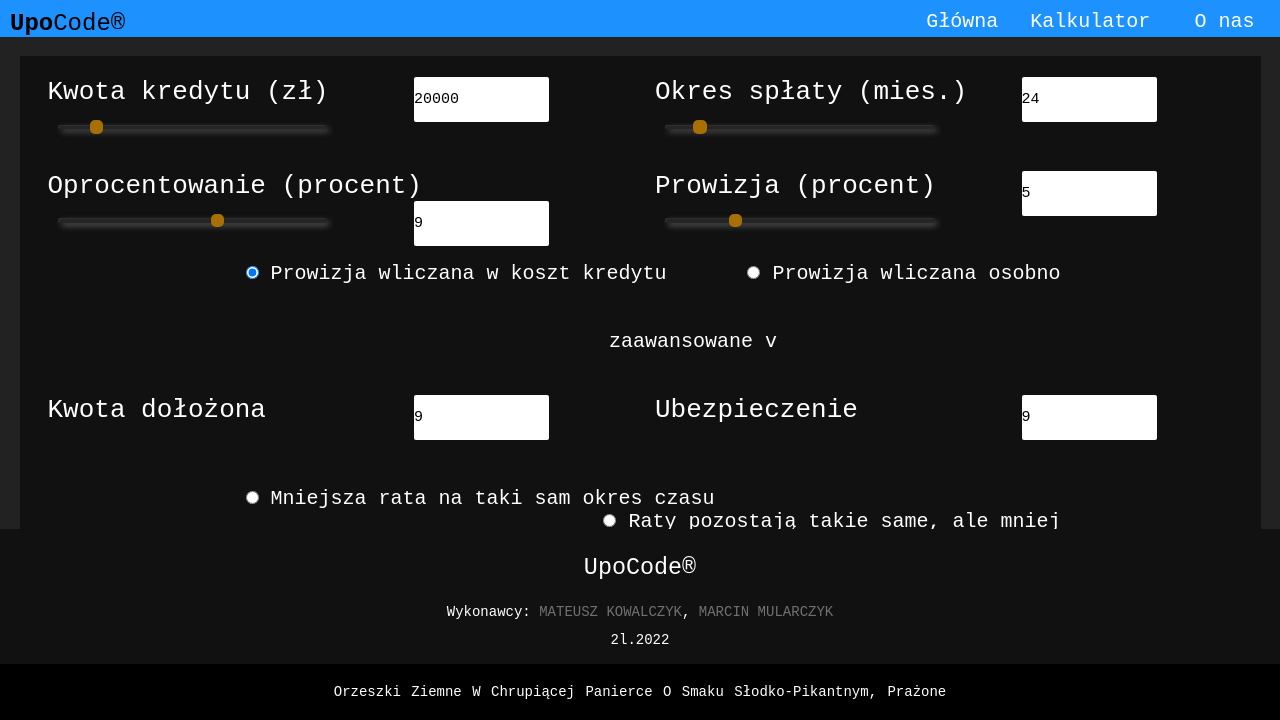
Repository: Klemingway/egzamin
Page: kalkulator.html
The author's editor kept a copy of each file at every save. The page is drawn from the files as they stood at one save, then again after the next save.
The browser window is 1280 px wide. The pictures show the whole page.

Above is the page before, as saved 2023-01-25 12:25:29.

### kalkulator.html
<!DOCTYPE html>
<html lang="pl">

<head>
    <meta charset="UTF-8">
    <meta http-equiv="X-UA-Compatible" content="IE=edge">
    <meta name="viewport" content="width=device-width, initial-scale=1.0">
    <link rel="stylesheet" href="style/styl.css">
    <link rel="shortcut icon" href="img/ikonna.png" type="image/x-icon">
    <script src="js/script.js"></script>
    <title>Bankowy</title>
</head>
<header>

    <div id="hod">
        <a style="text-decoration: none;color: white;" href="index.html">Główna</a>
        <a style="text-decoration: none;color: white;" href="kalkulator.html">Kalkulator</a> &puncsp;
        <div id="hod1"><a style="text-decoration: none; color: white;" href="bl.html">O nas</a></div>
    </div>
    <div id="hzd">
        <b>Upo</b>Code®
    </div>
</header>

<div id="gl">

    <div id="d1" class="d">
        Kwota kredytu (zł)
        <input type="text" name="kwota" pattern="[0-9]" id="kwota" class="wej" value="20000" onchange="document.getElementById('r1').value = this.value/1000"><br>
        <input type="range" min="1" max="150" value="20" id="r1" class="slider" oninput="document.getElementById('kwota').value = this.value*1000; ">
    </div>

    <div id="d2" class="d">
        Okres spłaty (mies.)
        <input type="text" name="splata" pattern="[0-9]" id="splata" class="wej" value="24" onchange="document.getElementById('r2').value = this.value"><br>
        <input type="range" min="12" max="120" value="24" id="r2" class="slider" oninput="document.getElementById('splata').value = this.value;">
    </div>


    <div id="d3" class="d">
        Oprocentowanie (procent)
        <input type="text" name="splata" pattern="[0-9]" id="oproc" class="wej" value="9" onchange="document.getElementById('r3').value = this.value*100"><br>
        <input type="range" min="1" max="1500" value="900" id="r3" class="slider" oninput="document.getElementById('oproc').value = this.value/100;">
    </div>

    <div id="d4" class="d">
        Prowizja (procent)
        <input type="text" name="prowiz" pattern="[0-9]" id="prowiz" class="wej" value="5" onchange="document.getElementById('r4').value = this.value"><br>
        <input type="range" min="0" max="20" value="5" id="r4" class="slider" oninput="document.getElementById('prowiz').value = this.value;">
    </div>

    <div id="d5" class="dradio">
        <label class="l1">
        <input type="radio" checked name="choice" value="wariant1" class="radio"> Prowizja wliczana w koszt kredytu
        </label>
        <label class="l2">
            <input type="radio" name="choice" value="wariant2" class="radio">
            Prowizja wliczana osobno
        </label>
    </div>
    <br>
    <div id="d6">
        <a onclick="zaawansowane()" style="margin-bottom: 100px;">zaawansowane v</a>
    </div>
    <div id="d8" class="d">
        Kwota dołożona
        <input type="text" name="kwotadodana" pattern="[0-9]" id="kwotadodana" class="wej" value="9">
    </div>
    <div id="d9" class="d">
        Ubezpieczenie
        <input type="text" name="ubezpieczenie" pattern="[0-9]" id="ubezpieczenie" class="wej" value="9">
    </div>
    <div id="d10" class="dradio">
        <label class="l1">
            <input type="radio" name="choice2" class="radio" value="rat_tyle_samo">
            Mniejsza rata na taki sam okres czasu
        </label>
        <label class="l2">
            <input type="radio" name="choice2" class="radio" value="rat_mniej">
            Raty pozostają takie same, ale mniej
        </label>
    </div>
    <div id="d7">
        <input type="button" id="guzik" value="Oblicz ratę i koszt" onclick="test()">
    </div>

</div>
<!-- <div id="wyniki">

</div> -->



<footer>
    <div id="zawfoot">
        <h3>UpoCode®</h3>
        <p>Wykonawcy: <span>Mateusz Kowalczyk</span>, <span>Marcin Mularczyk</span><br>2l.2022</p>

    </div>
    <div class="dol">
        <p>Orzeszki ziemne w chrupiącej panierce o smaku słodko-pikantnym, prażone

        </p>
    </div>
</footer>

</body>

</html>

### style/styl.css
html,
body {
    padding: 0;
    margin: 0;
    font-family: monospace;
    background-color: #222222;
    overflow-x: hidden;
    min-height: 100%;
}

body::-webkit-scrollbar {
    width: 0.6em;
}

body::-webkit-scrollbar-track {
    -webkit-box-shadow: inset 0 0 6px rgba(0, 0, 0, 0.3);
}

body::-webkit-scrollbar-thumb {
    background-color: rgb(255, 136, 0);
}

body::-webkit-scrollbar-thumb:hover {
    background: rgba(255, 136, 0, 0.582);
}


/* header */

header {
    z-index: 5;
    text-decoration: none;
    padding-top: 0.5em;
    position: sticky;
    top: 0;
    height: 5vh;
    background-color: #1d92ff;
    width: 100vw;
    font-size: 20px;
}

#hzd {
    font-size: 1.2em;
    padding-left: 10px;
    background-color: #1d92ff;
}

#hod {
    float: right;
    word-spacing: 20px;
    margin-right: 2vw;
}

#hod1 {
    float: right;
    word-spacing: 0px;
}

#fw {
    position: relative;
    margin-top: 20px;
}


/* koniec headera */

#gl {
    padding-top: 1.5em;
    padding-left: 2em;
    padding-bottom: 2em;
    justify-content: center;
    background-color: #111111;
    color: white;
    margin: 1.5em;
    min-height: 20vh;
}


/* #d1 {
    background-color: aqua;
}

#d2 {
    background-color: brown;
}

#d3 {
    background-color: olive;
}

#d4 {
    background-color: orangered;
} */

#gll {
    background-color: #ff5000;
    width: 100%;
    height: auto;
    border: #ff5000 1px solid;
}

.dradio {
    font-size: 20px;
    padding-top: 5px;
    padding-left: 10em;
    padding-right: 10em;
    width: 100%;
    margin-bottom: 1em;
    /* background-color: gold; */
}

.l1 {
    float: left;
}

.l2 {
    float: right;
}

#d6 {
    float: left;
    margin: 2em;
    font-size: 20px;
    padding-top: 5px;
    width: 100%;
    height: auto;
    text-align: center;
}

#d7 {
    margin: 5px;
    display: flex;
    width: 100%;
    justify-content: center;
}

.d {
    word-wrap: break-word;
    font-size: 2em;
    padding: 2px;
    width: 50%;
    float: left;
    min-height: 13vh;
    padding-right: 4em;
}

#wyniki {
    min-height: 25em;
    margin-bottom: 3em;
}


/* wejscia wyjscia */

.wej {
    float: right;
    border-radius: 2px;
    outline: none;
    border: none;
    font-family: monospace;
    height: 3em;
    width: 9em;
    font-size: 15px;
}

.slider {
    margin: 10px;
    -webkit-appearance: none;
    outline: none;
    border-radius: 3px;
    height: 0.6vh;
    width: 21vw;
    background-color: rgb(37, 37, 37);
    box-shadow: 3px 3px 6px rgb(89, 88, 92), inset 1px 1px 1px #313131;
}

.slider::-webkit-slider-thumb {
    -webkit-appearance: none;
    width: 1em;
    height: 1em;
    cursor: pointer;
    background-color: rgb(168, 111, 5);
    overflow: visible;
    border-radius: 5px;
}

#guzik {
    display: inline-block;
    outline: none;
    cursor: pointer;
    font-weight: 600;
    border-radius: 3px;
    padding: 12px 24px;
    border: 0;
    color: #fff;
    background: #ff5000;
    line-height: 1.15;
    font-size: 16px;
}

#guzik:hover {
    transition: all .1s ease;
    box-shadow: 0 0 0 0 #fff, 0 0 0 3px #1d92ff;
}


/* footer */

footer {
    position: absolute;
    bottom: 0;
    width: 100%;
    left: 0;
    right: 0;
    background: #111;
    height: auto;
    width: 100vW;
    font-family: monospace;
    padding-top: 20px;
    color: white;
}

#zawfoot {
    display: flex;
    align-items: center;
    justify-content: center;
    flex-direction: column;
    text-align: center;
}

#zawfoot h3 {
    font-size: 1.8rem;
    font-weight: 400;
    text-transform: capitalize;
    line-height: 3rem;
}

#zawfoot p {
    max-width: 500px;
    margin: 10px auto;
    line-height: 28px;
    font-size: 14px;
}

* {
    margin: 0;
    padding: 0;
    box-sizing: border-box;
}

.dol {
    background: #000;
    width: 100vw;
    padding: 20px 0;
    text-align: center;
}

.dol p {
    font-size: 14px;
    word-spacing: 2px;
    text-transform: capitalize;
}

#zawfoot span {
    text-transform: uppercase;
    opacity: .4;
    font-weight: 200;
}


/* koniec footera */

@media (max-width: 650px) {
    .d {
        padding-right: 1em;
        width: 100%;
        padding-bottom: 0;
        margin-bottom: 1.5em;
    }
    .dradio {
        padding: 0;
    }
    .slider {
        width: 100%;
    }
    .wej {
        width: 100%;
    }
    #gl {
        padding: 1em;
    }
    footer {
        position: relative;
    }
    #d5 {
        text-align: center;
    }
    #gl {
        margin-top: 3em;
    }
}

### js/script.js




function zaokrongl(variable) {
    return Math.round(variable * 100) / 100;
}
document.addEventListener('mouseup', function(e) {
    if(e.target.id == "dwd"){
        zamknij();
    }
    else if(e.target.id == "dwd2"){
        zamknij1();
    }
});
function tableCreate2(splata, k, oprocentowanie, kwota, rata, prowizja, kwota_dodana) {
    console.log("kwota: " + kwota);
    //tu sie dzieje magia sztańska i wgl ale no uwu
    var a = document.getElementById("wyniki2");
    // czyszczenie diva
    a.innerHTML = '';
    //ustawiamy sobie stałą
    const wyniki = document.a,
    // do tej stałej tworzymy element div
    div = document.createElement('div');
    // ustawiamy id diva jako tabela
    div.setAttribute("id", "tabela");
    //tworzymy tabele
    tbl = document.createElement('table');
    // dopisujemy tabele do diva
    div.appendChild(tbl);
    tbl.style.width = '110px';
    tbl.style.border = '1px solid black';

    var odsetki = 0,   suma_odsetek = 0,    suma = 0;
    var kapital = 0,   suma = 0,            kwota_kredytu=0;

    var element1 = document.getElementById('advanced2');
    var choice2 = document.getElementsByName('choice2');
    if(element1!==null && choice2[1].checked==true){
        kwota_kredytu= kwota - kwota_dodana;
        console.log("kwota+kredytu: " + kwota_kredytu)
    }
    else{
        kwota_kredytu = kwota;
        console.log("kwota+kredytu: " + kwota_kredytu)
    }
    // prosta pętla myśle że nic nie trzeba tłumaczyć
    loop1:
    for (let i = 0; i <= splata; i++) {
        const tr = tbl.insertRow();
        loop2:
        for (let j = 0; j < 4; j++) {
            odsetki = (oprocentowanie / k) * kwota_kredytu;


            kapital = rata - odsetki;
            const td = tr.insertCell();
            if (i == 0 && j == 0) {
                td.appendChild(document.createTextNode("L.p."));
                td.style.fontSize = '20px';
            } else if (i == 0 && j == 1) {
                td.appendChild(document.createTextNode("Odsetki"));
                td.style.fontSize = '20px';
            } else if (i == 0 && j == 2) {
                td.appendChild(document.createTextNode("Kapitał"));
                td.style.fontSize = '20px';
            } else if (i == 0 && j == 3) {
                td.appendChild(document.createTextNode("Wysokość raty"));
                td.style.fontSize = '20px';
            }
            if (j == 0 && i != 0) {
                if(kapital>=rata){
                    break loop1;
                }
                td.appendChild(document.createTextNode(i));
            } else if (j == 1 && i != 0) {
                suma_odsetek += odsetki;
                td.appendChild(document.createTextNode(zaokrongl(odsetki)));
            } else if (j == 2 && i != 0) {
                kwota_kredytu -= kapital;
                td.appendChild(document.createTextNode(zaokrongl(kapital)));
            } else if (j == 3 && i != 0) {
                suma += rata;
                td.appendChild(document.createTextNode(rata));
            }
            td.style.border = '1px solid black';

        }
    }
    console.log("Suma: "+suma)
    console.log("Suma odsetek: "+suma_odsetek)
    a.appendChild(div);
}
function obliczanie(I,N,oprocentowanie,choice,n,zaplata,prowizja,suma,k,kwota_dodana){
    var choice2 = document.getElementsByName('choice2');

        // jeżeli wybrane żeby Prowizja wliczana w koszt kredytu to wtedy to się liczy
        if (choice[0].checked == true) {
            prowizja = (document.getElementById("prowiz").value) / 100;

            prowizja = prowizja * N;
            // doliczamy prowizję do kwoty kredytu
            N = N * 1 + prowizja;

            // jeżeli okres spłaty wynosi mniej niż 12 miesięcy to analogicznie w roku
            // zapłacimy równowartość tego okresu bo w roku mamy max 12 rat
            k = 12;
            if (n < 12) {
                k = n;
            }
            for (var i = 1; i <= n; i++) {
                // no to tutaj przepisany wzór z matematycznego na kodowanie
                suma += Math.pow((1 + (oprocentowanie / k)), -i);
            }
            // tutaj jest licznik podzielony przez mianownik
            I = N / suma;
            // mnożymy naszą ratę razy ilość rat aby otrzymać ile będziemy musieli oddać bankowi
            zaplata = I * n;
            console.log("N: " + N)

            tableCreate2(n, k, oprocentowanie, N, zaokrongl(I), prowizja,kwota_dodana)
            document.getElementById("wyniki").innerHTML = "Wysokość raty: " + zaokrongl(I) + "<br>" +
                "Całkowita kwota do spłaty: " + zaokrongl(zaplata);

        // jeżeli wybrane żeby Prowizja wliczana osobno to wtedy to się liczy
        } else if (choice[1].checked == true) {
            prowizja = (document.getElementById("prowiz").value) / 100;
            prowizja = prowizja * N;
            // jeżeli okres spłaty wynosi mniej niż 12 miesięcy to analogicznie w roku zapłacimy równowartość tego okresu bo w roku mamy max 12 rat
            k = 12;
            if (n < 12) {
                k = n;
            }
            for (var i = 1; i <= n; i++) {
                // no to tutaj przepisany wzór z matematycznego na kodowanie
                suma += Math.pow((1 + (oprocentowanie / k)), -i);
            }
            // tutaj jest licznik podzielony przez mianownik
            I = N / suma;
            // mnożymy naszą ratę razy ilość rat aby otrzymać ile będziemy musieli oddać bankowi
            zaplata = I * n;
            // doliczamy prowizję po wszystkich obliczeniach
            zaplata = zaplata + prowizja;
            console.log("N: " + N)
            tableCreate2(n, k, oprocentowanie, N, zaokrongl(I), prowizja,kwota_dodana)
            document.getElementById("wyniki").innerHTML = "Wysokość raty: " + zaokrongl(I) + "<br>" +
                "Całkowita kwota do spłaty: " + zaokrongl(zaplata);
        }
        else{
            console.log("wda")
        }
        document.getElementById("dwd").style.backdropFilter = "blur(7px)";
        document.getElementById("wyniki").innerHTML += "<br><input type=\"button\" id='guzior1' onclick=\"pokaz()\" value=\"pokaż harmonogram rat\">";

}
function test() {
    document.getElementById("wyniki").style.visibility = "visible"; // a to to nwm pan mularczyk robił
    var I, N, oprocentowanie, k, n, suma = 0, zaplata, prowizja = 0;

    N = document.getElementById("kwota").value; // kwota kredytu
    oprocentowanie = document.getElementById("oproc").value/100; // oprocentowanie kredytu
    n = document.getElementById("splata").value; // okres splaty

    var choice = document.getElementsByName('choice');

    //////////////////////////////////////
    //                                  //
    // sprawdzenie czy jest rozwinięte  //
    //                                  //
    //////////////////////////////////////

    var element1 = document.getElementById('advanced2');
    var element2 = document.getElementById('advanced2');
    if(element1 !== null  && element2 !== null){
        var kwota_dodana = document.getElementById("kwotaDodana").value;
        var choice2 = document.getElementsByName('choice2'); // zaawansowane
        if(choice2[0].checked == true){
            console.log(kwota_dodana + "  " + "tyle samo rat ale mniejsza cena")
            //////////////////////////////////////////
            //                                      //
            //    tyle samo rat ale mniejsza cena   //
            //                                      //
            //////////////////////////////////////////
            N -= kwota_dodana;
            console.log("Nigger: " + N)
            obliczanie(I,N,oprocentowanie,choice,n,zaplata,prowizja,suma,k,kwota_dodana);

        }
        if(choice2[1].checked == true){
            console.log(kwota_dodana + "  " + "Mniej rat, po tej samej cenie raty")
            //////////////////////////////////////////
            //                                      //
            //  Mniej rat, po tej samej cenie raty  //
            //                                      //
            //////////////////////////////////////////


            obliczanie(I,N,oprocentowanie,choice,n,zaplata,prowizja,suma,k,kwota_dodana);
        }


    }
    else{
        obliczanie(I,N,oprocentowanie,choice,n,zaplata,prowizja,suma,k);
    }

}

function pokaz() {
    document.getElementById("dwd").style.visibility = "visible";
}

function zamknij() {
    document.getElementById("dwd").style.visibility = "hidden";
}
function pokaz1() {
    document.getElementById("dwd2").style.backdropFilter = "blur(7px)";
    document.getElementById("dwd2").style.visibility = "visible";
}

function zamknij1() {
    document.getElementById("dwd2").style.visibility = "hidden";
}

function zaawansowane(){
    var element = document.getElementById('advanced2');
    if(element === null){
        var a = document.getElementById("tabelka");
        const wyniki = document.a,
        /////////////////////////////////////////
        //                                     //
        //          input text kwata           //
        //                                     //
        /////////////////////////////////////////
        trA = document.createElement('tr');
        trA.setAttribute("id","advancedText");
        trA.setAttribute('style','position:relative; padding-top:200px; height:40px;')


        tdA = document.createElement('td');
        tdB = document.createElement('td');

        inputA = document.createElement('input');
        inputA.setAttribute('type','text');
        inputA.setAttribute('id','kwotaDodana');

        tdA.innerHTML += "Kwota dołożona";
        tdB.appendChild(inputA);
        trA.appendChild(tdA);
        trA.appendChild(tdB);
        a.appendChild(trA);

        tdA = document.createElement('td');
        tdB = document.createElement('td');

        inputA = document.createElement('input');
        inputA.setAttribute('type','text');
        inputA.setAttribute('id','ubezpieczenie');

        tdA.innerHTML += "Ubezpieczenie";
        tdB.appendChild(inputA);
        trA.appendChild(tdA);
        trA.appendChild(tdB);

        //a.appendChild(trB);
        a.appendChild(trA);

        /////////////////////////////////////////
        //                                     //
        //            inputy radio             //
        //                                     //
        /////////////////////////////////////////

        tr2 = document.createElement('tr');
        tr2.setAttribute("id", "advanced2");
        td1 = document.createElement('td');
        td1.setAttribute("colspan", "2");
        td1.setAttribute('style','text-align:center;');
        //style="text-align: center;"
        br = document.createElement('br');

        label1 = document.createElement('label');
        input1 = document.createElement('input');
        input1.setAttribute('type','radio');
        input1.setAttribute('name','choice2');
        input1.setAttribute('class','radio');
        input1.setAttribute('value','rat_mniej');

        label1.appendChild(input1);
        label1.innerHTML += ' Raty pozostają takie same, ale mniej';

        td2 = document.createElement('td');
        td2.setAttribute("colspan", "2");
        td2.setAttribute('style','text-align:center;');
        label2 = document.createElement('label');
        input2 = document.createElement('input');
        input2.setAttribute('type','radio');
        input2.setAttribute('name','choice2');
        input2.setAttribute('class','radio');
        input2.setAttribute('value','rat_tyle_samo');


        label2.appendChild(input2);
        label2.innerHTML += ' Mniejsza rata na taki sam okres czasu';


        td1.appendChild(br);
        td1.appendChild(label1);

        td2.appendChild(br);
        td2.appendChild(label2);

        tr2.appendChild(td2);
        tr2.appendChild(td1);

        a.appendChild(tr2);

        clicked = false;
    }
    else{
        var elem = document.getElementById("advanced2");
        elem.parentNode.removeChild(elem);
        elem = document.getElementById("advancedText");
        elem.parentNode.removeChild(elem);
    }
}

After the next save:
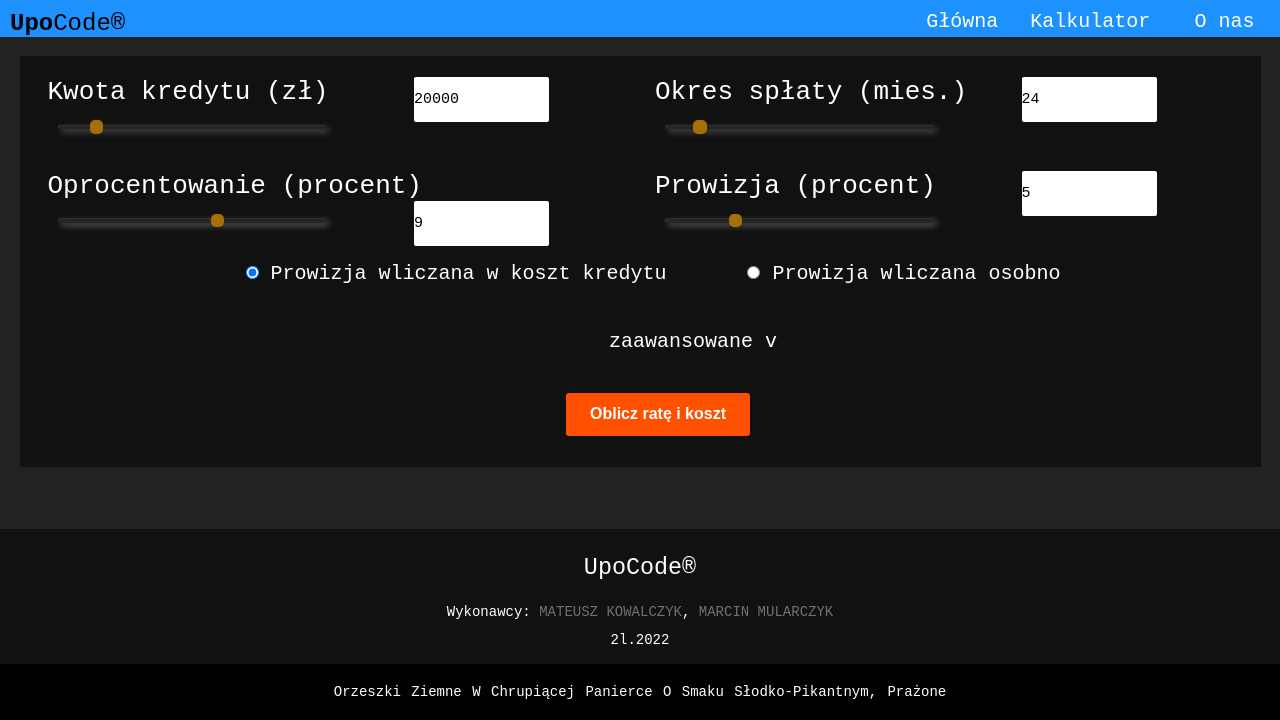
Saved 2 min 54 s later.
--- a/kalkulator.html
+++ b/kalkulator.html
@@ -62,7 +62,8 @@
     <div id="d6">
         <a onclick="zaawansowane()" style="margin-bottom: 100px;">zaawansowane v</a>
     </div>
-    <div id="d8" class="d">
+
+    <!-- <div id="d8" class="d">
         Kwota dołożona
         <input type="text" name="kwotadodana" pattern="[0-9]" id="kwotadodana" class="wej" value="9">
     </div>
@@ -79,7 +80,8 @@
             <input type="radio" name="choice2" class="radio" value="rat_mniej">
             Raty pozostają takie same, ale mniej
         </label>
-    </div>
+    </div> -->
+
     <div id="d7">
         <input type="button" id="guzik" value="Oblicz ratę i koszt" onclick="test()">
     </div>

After the 2 saves that followed:
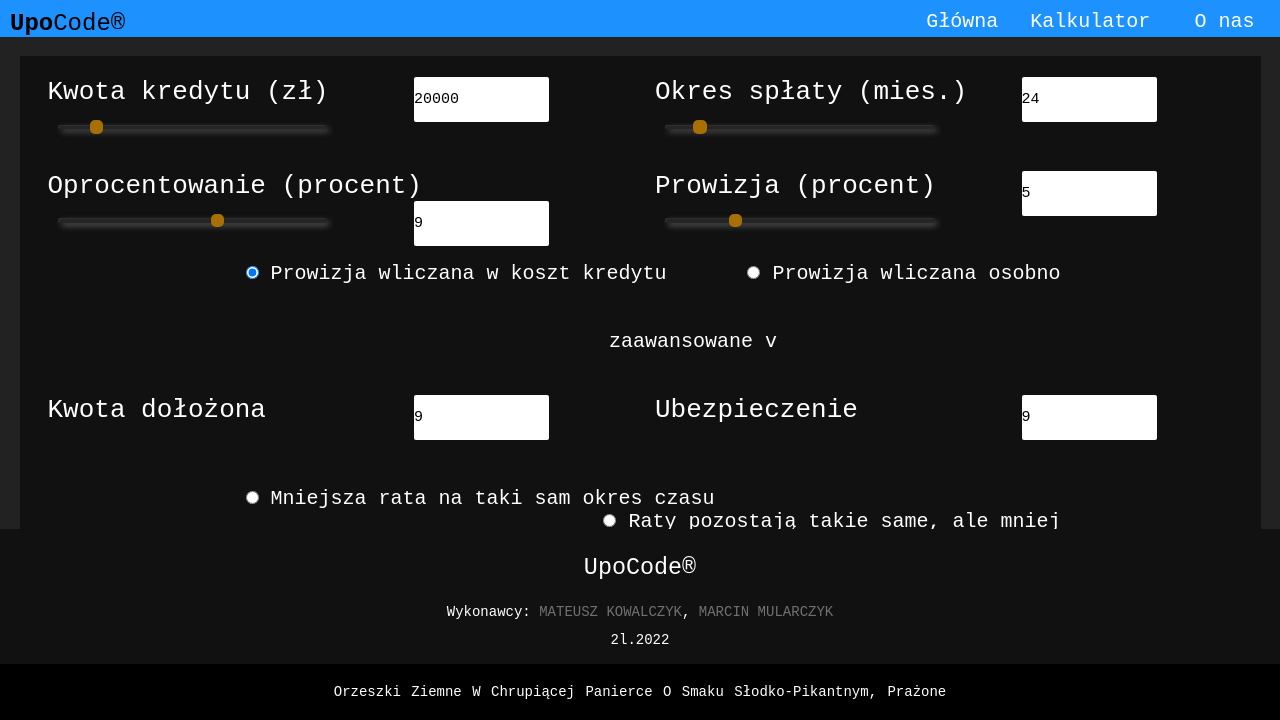
The 2 saves are shown as one change because 1 left the picture as it was.
The last was saved 44 s later.
--- a/kalkulator.html
+++ b/kalkulator.html
@@ -63,7 +63,7 @@
         <a onclick="zaawansowane()" style="margin-bottom: 100px;">zaawansowane v</a>
     </div>
 
-    <!-- <div id="d8" class="d">
+    <div id="d8" class="d">
         Kwota dołożona
         <input type="text" name="kwotadodana" pattern="[0-9]" id="kwotadodana" class="wej" value="9">
     </div>
@@ -80,7 +80,7 @@
             <input type="radio" name="choice2" class="radio" value="rat_mniej">
             Raty pozostają takie same, ale mniej
         </label>
-    </div> -->
+    </div>
 
     <div id="d7">
         <input type="button" id="guzik" value="Oblicz ratę i koszt" onclick="test()">
--- a/style/styl.css
+++ b/style/styl.css
@@ -270,7 +270,7 @@ footer {
 
 /* koniec footera */
 
-@media (max-width: 650px) {
+@media (max-width: 1000px) {
     .d {
         padding-right: 1em;
         width: 100%;
